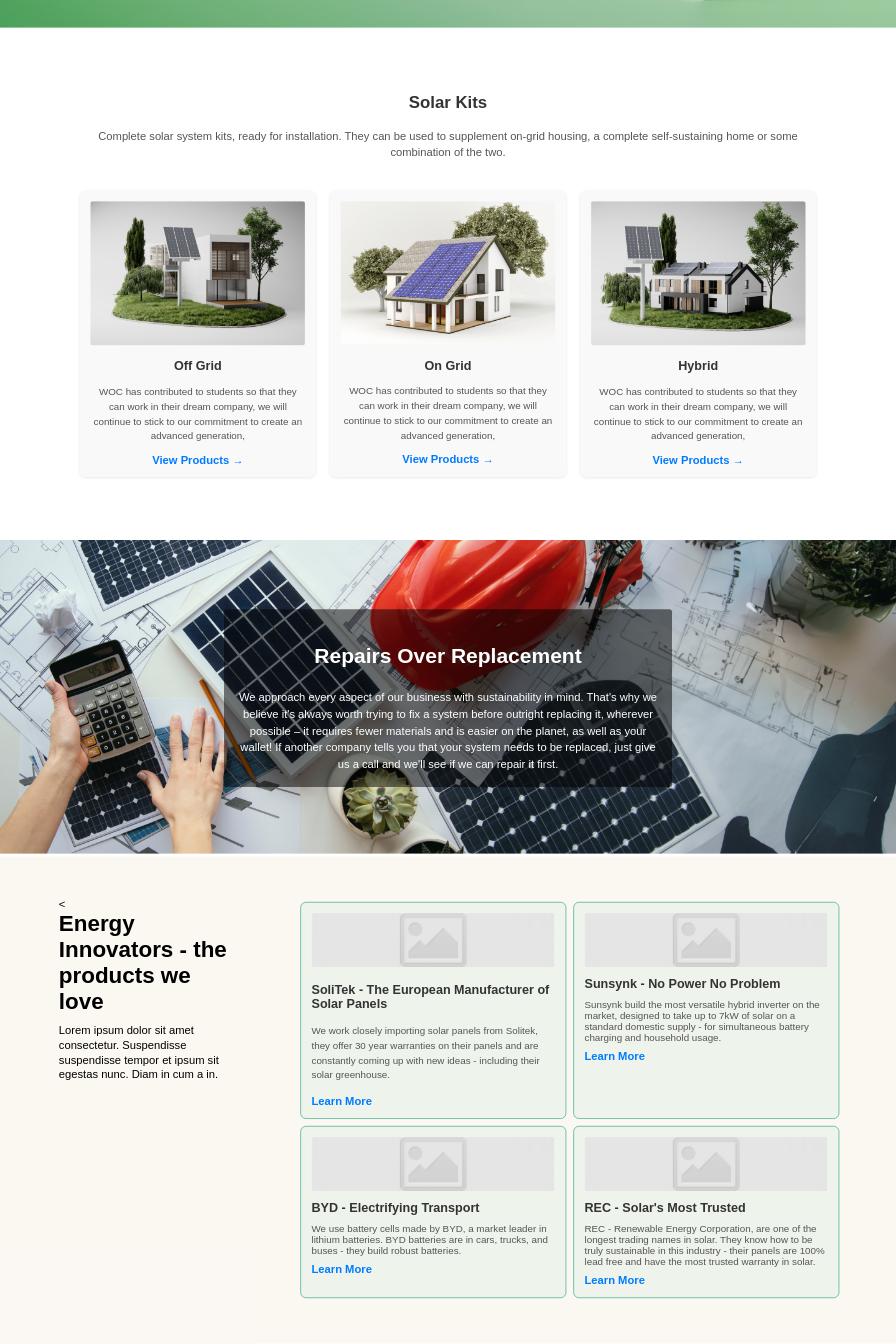
Repository: MaramNabil872/Landing-Page
Page: landingPage.html
These files come from the project's save history. The page is drawn as it stood at one moment and after a run of saves; the edit follows.
The browser window is 1280 px wide. The pictures show the part of the page from y = 1838 to 3758 px (the page is 3758 px tall), at 70% of full size.

Above is the page before, as saved 2024-10-21 18:02:28.

### landingPage.html
<!DOCTYPE html>
<html lang="en">
    <head>
        <meta charset="UTF-8" />
        <meta name="viewport" content="width=device-width, initial-scale=1.0" />
        <title>Landing Page</title>
        <link rel="stylesheet" href="landingPage.css" />
    </head>
    <body>
        <nav class="navbar">
            <div class="logo">MyLogo</div>

            <ul class="nav-links">
                <li><a href="#home">Home</a></li>
                <li><a href="#about">About</a></li>
                <li><a href="#services">Services</a></li>
                <li><a href="#contact">Contact</a></li>
            </ul>
            <div class="call">
                <p>call us</p>
                <h3>+2 01017345</h3>
            </div>
        </nav>

        <div class="image-container">
            <img
                src="images/solar-panels-meadow 1.png"
                alt="Background Image"
                class="background-image"
            />
            <div class="main-text">
                <h2 class="text-wallpaper">
                    Solar Panel Installers <br />
                    In Plymouth
                </h2>
                <br />
                <p class="text-paragraph">
                    Fueled is an award-winning technology consultancy that
                    transforms <br />
                    businesses by generating ideas, building products, and
                    accelerating<br />
                    growth.
                </p>
                <div class="button-container">
                    <button class="button-wallpaper1">Call Us Today</button>
                    <button class="button-wallpaper2">
                        Requst a call back
                    </button>
                </div>
            </div>
        </div>

        <!-- first container -->

        <div class="container1">
            <div class="text-container1">
                <p class="title-container1">
                    The Friendliest Installers <br />in the South-West
                </p>
                <p class="paragraph-container1">
                    At Solidarity Solar our aims are to help our customers
                    towards a sustainable future and genuinely care about the
                    quality of products we use for our installs. We never sell
                    you equipment you don't need and will always advise to the
                    best of our ability, No hard sell or pushy sales tactics
                    ever. We take pride in our work and do our best to make sure
                    that we meet, or exceed, our customers' expectations.
                </p>
                <div class="last-container1">
                    <p>
                        <span class="number-container1">01/ </span>Collaborate
                        with 100+ leading
                    </p>
                    <p>
                        <span class="number-container1">02/ </span> 100+ leading
                        universities and companies
                    </p>
                    <p>
                        <span class="number-container1">03/ </span> leading
                        universities and companies
                    </p>
                    <p>
                        <span class="number-container1">04/ </span> universities
                        and companies
                    </p>
                </div>
            </div>
            <div class="image-container1">
                <img src="images/Rectangle 30.png" alt="solar" />
            </div>
        </div>

        <!-- second section -->

        <div class="section2">
            <img src="images/middle.png" alt="img" />
            <div class="main-text">
                <h2 class="section2-text">Power that Doesn't Cost the Earth</h2>
                <h6 class="section2-paragraph">
                    If you need advice then give us a call on 07745593882 or hit
                    the <br />
                    button below to request a call back!
                </h6>
                <button class="button-wallpaper2">Call Us Today</button>
            </div>
        </div>

        <!-- third section -->

        <div class="white-container">
            <h2 class="title">Solar Kits</h2>
            <p class="text">
                Complete solar system kits, ready for installation. They can be
                used to supplement on-grid housing, a complete self-sustaining
                home or some combination of the two.
            </p>

            <div class="card-container">
                <div class="card">
                    <img src="images/1.png" alt="Image 2" class="card-image" />
                    <h3 class="card-title">Off Grid</h3>
                    <p class="card-text">
                        WOC has contributed to students so that they can work in
                        their dream company, we will continue to stick to our
                        commitment to create an advanced generation,
                    </p>
                    <a href="#" class="card-link">View Products →</a>
                </div>
                <div class="card">
                    <img
                        src="images/solar-panels-meadow 2 (1).png"
                        alt="Image 3"
                        class="card-image"
                    />
                    <h3 class="card-title">On Grid</h3>
                    <p class="card-text">
                        WOC has contributed to students so that they can work in
                        their dream company, we will continue to stick to our
                        commitment to create an advanced generation,
                    </p>
                    <a href="#" class="card-link">View Products →</a>
                </div>
                <div class="card">
                    <img
                        src="images/solar-panels-meadow 3.png"
                        alt="Image 1"
                        class="card-image"
                    />
                    <h3 class="card-title">Hybrid</h3>
                    <p class="card-text">
                        WOC has contributed to students so that they can work in
                        their dream company, we will continue to stick to our
                        commitment to create an advanced generation,
                    </p>
                    <a href="#" class="card-link">View Products →</a>
                </div>
            </div>
        </div>

        <!-- forth section -->

        <div class="forth-image">
            <img src="images/8116 1 (1).png" alt="Full Width Image" />
            <div class="overlay-text">
                <h2 class="overlay-title">Repairs Over Replacement</h2>
                <p class="overlay-paragraph">
                    We approach every aspect of our business with sustainability
                    in mind. That's why we believe it's always worth trying to
                    fix a system before outright replacing it, wherever possible
                    – it requires fewer materials and is easier on the planet,
                    as well as your wallet! If another company tells you that
                    your system needs to be replaced, just give us a call and
                    we'll see if we can repair it first.
                </p>
            </div>
        </div>

        <!-- fifth section -->
<div class="forth">
        <div class="container4">
            <div class="text-section4">
                <
                <h1>Energy Innovators - the products we love</h1>
                <p class="paragraph-container1">
                    Lorem ipsum dolor sit amet consectetur. Suspendisse
                    suspendisse tempor et ipsum sit egestas nunc. Diam in cum a
                    in.
                </p>
            </div>
            <div class="card-section4">
                <div class="card4">
                    <img
                        src="images/image 9.png"
                        alt="Image 1"
                        class="card-image"
                    />
                    <h3 class="card-title">
                        SoliTek - The European Manufacturer of Solar Panels
                    </h3>
                    <p class="card-text">
                        We work closely importing solar panels from Solitek,
                        they offer 30 year warranties on their panels and are
                        constantly coming up with new ideas - including their
                        solar greenhouse.
                    </p>
                    <a href="#" class="card-link">Learn More</a>
                </div>
                <div class="card4">
                    <img
                        src="images/image 9.png"
                        alt="Image 2"
                        class="card-image4"
                    />
                    <h3 class="card-title4">Sunsynk - No Power No Problem</h3>
                    <p class="card-text4">
                        Sunsynk build the most versatile hybrid inverter on the
                        market, designed to take up to 7kW of solar on a
                        standard domestic supply - for simultaneous battery
                        charging and household usage.
                    </p>
                    <a href="#" class="card-link4">Learn More</a>
                </div>
                <div class="card4">
                    <img
                        src="images/image 9.png"
                        alt="Image 3"
                        class="card-image4"
                    />
                    <h3 class="card-title4">BYD - Electrifying Transport</h3>
                    <p class="card-text4">
                        We use battery cells made by BYD, a market leader in
                        lithium batteries. BYD batteries are in cars, trucks,
                        and buses - they build robust batteries.
                    </p>
                    <a href="#" class="card-link4">Learn More</a>
                </div>
                <div class="card4">
                    <img
                        src="images/image 9.png"
                        alt="Image 4"
                        class="card-image4"
                    />
                    <h3 class="card-title4">REC - Solar's Most Trusted</h3>
                    <p class="card-text4">
                        REC - Renewable Energy Corporation, are one of the
                        longest trading names in solar. They know how to be
                        truly sustainable in this industry - their panels are
                        100% lead free and have the most trusted warranty in
                        solar.
                    </p>
                    <a href="#" class="card-link4">Learn More</a>
                </div>
            </div>
        </div>
    </div>
    </body>
</html>

### landingPage.css
* {
    margin: 0;
    padding: 0;
    box-sizing: border-box; /* Added for consistent sizing */
}

body {
    font-family: Arial, sans-serif;
}
@media (max-width: 480px) {
    .text-overlay {
        font-size: 1.2rem; /* Even smaller text size for very small screens */
    }

    .call h3 {
        font-size: 1.2rem; /* Adjust call size for small screens */
    }
}
@media (max-width: 768px) {
    .navbar {
        flex-direction: column; /* Stack items vertically */
        align-items: flex-start; /* Align items to the left */
    }

    .nav-links {
        margin-top: 10px; /* Space between navbar and links */
    }

    .nav-links li {
        margin-left: 0;
        margin-bottom: 10px; /* Space between links */
    }

    .text-overlay {
        font-size: 1.5rem; /* Smaller text size for mobile */
    }
}


.navbar {
    background-color: #0b9586;
    display: flex;
    justify-content: space-between;
    align-items: center;
    padding: 10px 20px;
    position: relative;
    flex-wrap: wrap; /* Allow items to wrap on smaller screens */
}

.logo {
    color: #fff;
    font-size: 24px;
}

.nav-links {
    list-style: none;
    display: flex;
    flex-wrap: wrap; /* Allow links to wrap on smaller screens */
}

.nav-links li {
    margin-left: 20px;
}

.nav-links a {
    text-decoration: none;
    color: white;
    font-size: 18px;
    transition: color 0.3s;
}

.nav-links a:hover {
    color: #f0a500;
}

.call {
    color: #fff;
    text-align: right; /* Align text to the right */
}

.image-container {
    position: relative;
    width: 100%;
    height: 100vh;
    overflow: hidden;
}

.background-image {
    width: 100%;
    height: 100%;
    object-fit: cover;
}
.main-text{
    position: absolute;
    top: 40%;
    left:5%;
}
.text-wallpaper {


    color: white;
    font-size: 40px;
    font-weight: bold;
    text-shadow: 2px 2px 4px rgba(0, 0, 0, 0.5);
}
.text-paragraph{
    color: white;
    font-size:  18px;

}
.button-container{
    display: flex;
}
.button-wallpaper1 {
    background-color: #0b9586;
    color: white;
    border: none;
    border-radius: 20em;
    padding: 0.8em 1.5em 0.8em 1.2em;
    width: 40%;
    margin: 4%;
    height: 50px;
    font-size: 16px;
    cursor: pointer;
    align-items: center;

}
.button-wallpaper2 {
    background-color:  #FFBB1C;
    ;
    color: white;
    border: none;
    border-radius: 20em;
    padding: 0.8em 1.5em 0.8em 1.2em;
    width: 40%;
    margin: 4%;
    height: 50px;
    font-size: 16px;
    cursor: pointer;
    align-items: center;

}

.container1 {
    display: flex;
    background-color: white;
    padding-top: 10%;
    border-radius: 8px;
    max-width: 1200px;
    margin: 20px auto;


}
.title-container1{
    font-size: 37px;
    font-weight: bold;


}
.text-container1 {
   flex:1;
    padding-right:5%;
padding-left: 5%;}
.paragraph-container1{
    margin-top: 5%;
    line-height: 1.3;
}

.last-container1{
    font-size: 20px;
    font-weight: bold;
    padding-top: 10%;
    line-height: 1.6;
    .number-container1{
        color:#84BD3A;
        ;
    }
}
.image-container1 {
   flex:1
}

.image-container1 img {
    width: 75%;
    height: auto;
    border-radius: 8px;
}


.section2 {
    position: relative;
    width: 100%;
    overflow: hidden;
}

.section2 img {
    width: 100%;
    height: auto; }

.section2-text {
font-size: 35px;
    color: white;

}
.section2-paragraph{
    padding-top: 5%;
    line-height: 1.5;

    font-size: 16px;
    color: white;
}

/* third section */
.white-container {
    background-color: white;
    padding: 5%;
    max-width: 1200px;
    margin: 2% auto;
}

.title {
    margin-bottom: 2%;
    font-size: 24px;
    color: #333;
    text-align: center;

}

.text {
    margin-bottom: 2%;
    font-size: 16px;
    color: #555;
    line-height: 1.5;
    text-align: center;
}

.card-container {
    display: flex;
    justify-content: space-between;
    margin-top: 4%;
}

.card {
    background-color: #f9f9f9;
    border-radius: 8px;
    box-shadow: 0 1px 4px rgba(0, 0, 0, 0.1);
    padding: 15px;
    text-align: center;
    flex: 1;
    margin: 0 10px;
}

.card-image {
    width: 100%;
    height: auto;
    border-radius: 4px;
}

.card-title {
    font-size: 18px;
    color: #333;
    margin-top: 5%;

}

.card-text {
    font-size: 14px;
    color: #555;
    margin-top: 5%;
    margin-bottom: 5%;
    line-height: 1.5;

}

.card-link {
    text-decoration: none;
    color: #007bff;
    font-weight: bold;
}

.card-link:hover {
    text-decoration: underline;
}
@media (max-width: 768px) {
    .card-container {
        flex-direction: column;
    }

    .card {
        flex: 1 1 100%;
        max-width: 100%;
        margin: 10px 0;
    }
}

/* forth css */

.forth-image {
    position: relative;
    width: 100%;
    overflow: hidden;
}

.forth-image img {
    width: 100%;
    height: auto;
}

.overlay-text {
    position: absolute;
    top: 50%;
    left: 50%;
    transform: translate(-50%, -50%);
    color: white;
    text-align: center;
    padding: 20px;
    background-color: rgba(0, 0, 0, 0.5);
    border-radius: 4px;
}
.overlay-title{
    margin-top: 5%;
    margin-bottom: 5%;
    font-size: 30px;

}
.overlay-paragraph{
    margin-top: 4%;
    line-height: 1.5;
    font-size: 16px;

}

/* //forth section// */

.forth{
    background-color:#a8790b0d;
}
.container4 {
    display: flex;
    max-width: 1200px;
    margin-left: 5%;


}

.text-section4 {
    flex: 0 0 25%;
    padding: 20px;
    padding-top: 5%;

}

.card-section4 {

    flex: 0 0 75%;
    display: flex;
    flex-wrap: wrap;
    justify-content: space-between;
    padding: 5%;
}

.card4 {

    background-color: #3cab8f10;
    border-radius: 8px;
   border: 1px solid #3CAB90;
    padding: 15px;

    flex: 0 0 calc(50% - 10px); /* Each card takes half of the card section width minus margin */
    margin: 5px; /* Margin around cards */
}

.card-image4 {
    width: 100%; /* Make the image take full width of the card */
    height: auto; /* Maintain aspect ratio */
    border-radius: 4px; /* Rounded corners for the image */
}

.card-title4 {
    font-size: 18px; /* Font size for card titles */
    color: #333; /* Color of card title text */
    margin: 10px 0; /* Margin above and below card title */
}

.card-text4 {
    font-size: 14px; /* Font size for card text */
    color: #555; /* Color of card text */
    margin: 10px 0; /* Margin above and below card text */
}

.card-link4 {
    text-decoration: none; /* Remove underline from link */
    color: #007bff; /* Link color */
    font-weight: bold; /* Bold link text */
}

.card-link4:hover {
    text-decoration: underline; /* Underline link on hover */
}

/* Media Query for Mobile Responsiveness */
@media (max-width: 768px) {
    .container4 {
        flex-direction: column; /* Stack text and cards vertically */
    }

    .text-section4 {
        flex: 1 1 100%; /* Full width for text section on mobile */
    }

    .card-section4 {
        flex: 1 1 100%; /* Full width for card section on mobile */
        display: flex; /* Use Flexbox for cards */
        flex-wrap: wrap; /* Allow cards to wrap */
    }

    .card4 {
        flex: 0 0 100%; /* Each card takes full width on mobile */
        margin: 10px 0; /* Margin above and below each card */
    }
}

After the next 2 saves:
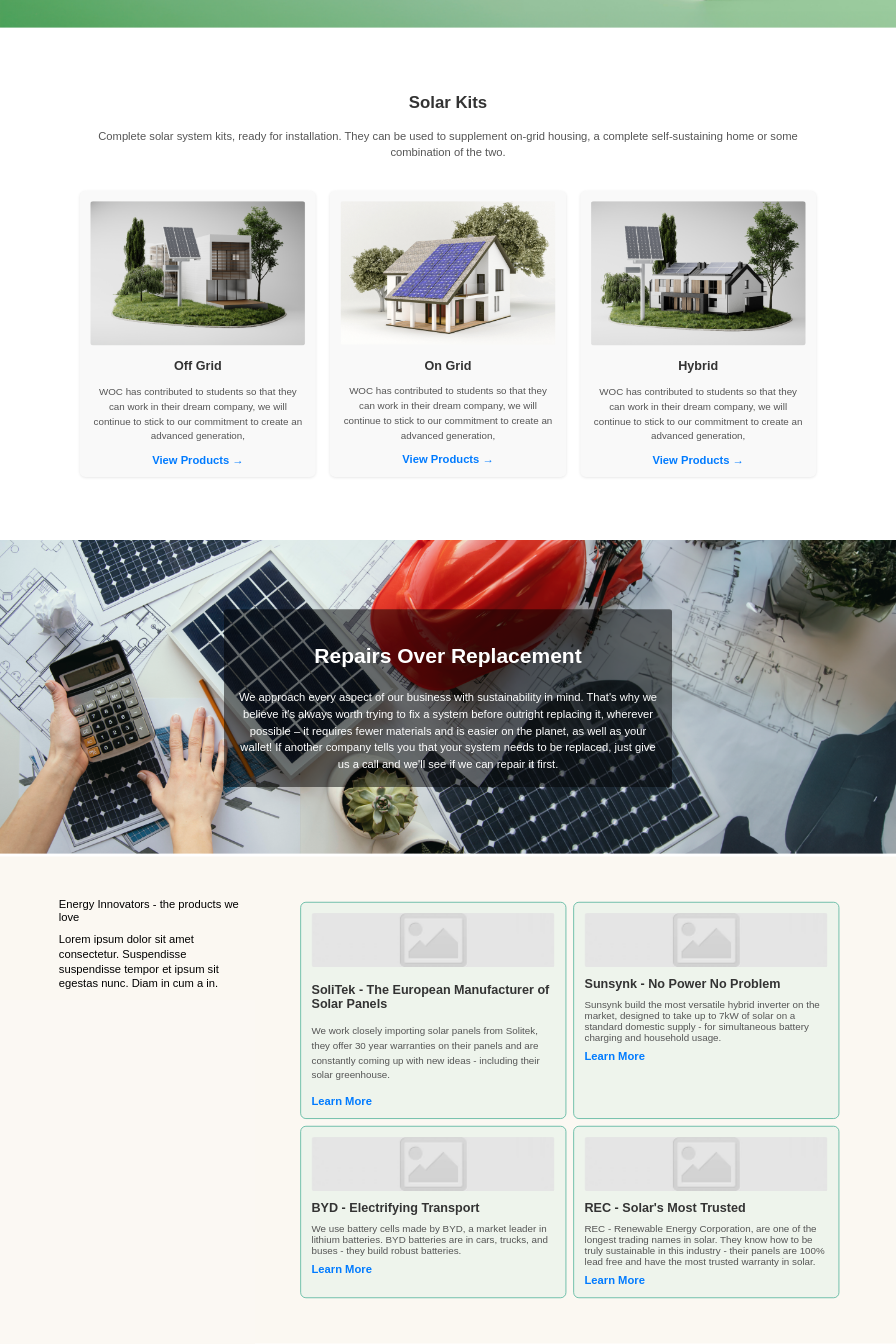
The 2 saves are shown as one change because they came seconds apart.
The last was saved 5 s later.
--- a/landingPage.html
+++ b/landingPage.html
@@ -179,7 +179,7 @@
 <div class="forth">
         <div class="container4">
             <div class="text-section4">
-                <
+                <img src=""
                 <h1>Energy Innovators - the products we love</h1>
                 <p class="paragraph-container1">
                     Lorem ipsum dolor sit amet consectetur. Suspendisse

After the save that followed:
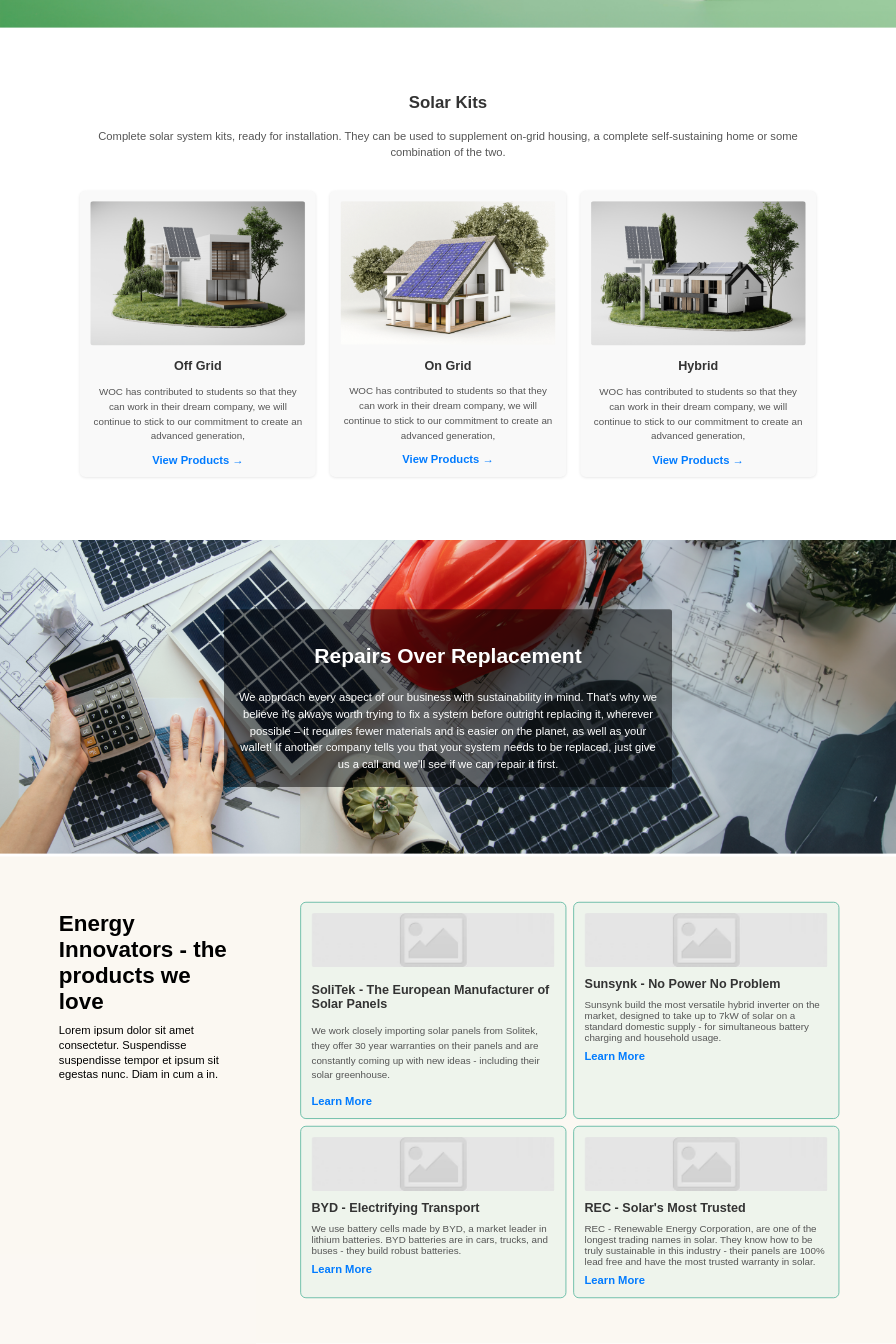
Saved 4 s later.
--- a/landingPage.html
+++ b/landingPage.html
@@ -179,7 +179,7 @@
 <div class="forth">
         <div class="container4">
             <div class="text-section4">
-                <img src=""
+                <img src="">
                 <h1>Energy Innovators - the products we love</h1>
                 <p class="paragraph-container1">
                     Lorem ipsum dolor sit amet consectetur. Suspendisse
